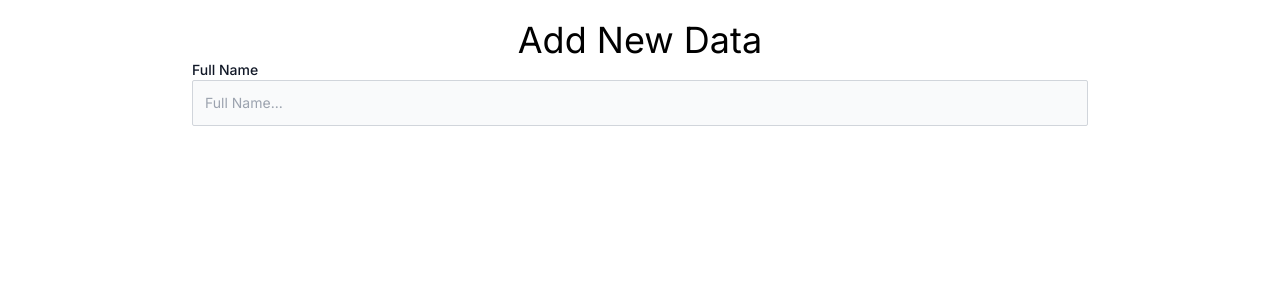
Repository: KilluaProject/crud-nextjs14
Page: /contacts/create
These files come from the project's save history. The page is drawn as it stood at one moment and after the next save; the edit follows.
The browser window is 1280 px wide. The pictures show the whole page.
The project was rebuilt for these pictures with package versions that can differ from the ones it lists, and the page was loaded fresh each time. The framework's server and built-in components were replaced by stand-ins that run in the browser. Also part of the build but not shown: next.config.mjs.

Above is the page before, as saved 2024-06-30 14:07:51.

### app/layout.tsx
import type { Metadata } from "next";
import { Inter } from "next/font/google";
import "./globals.css";

const inter = Inter({ subsets: ["latin"] });

export const metadata: Metadata = {
  title: "CRUD Apps",
  description: "Generated by create next app",
};

export default function RootLayout({
  children,
}: Readonly<{
  children: React.ReactNode;
}>) {
  return (
    <html lang="en">
      <body className={inter.className}>{children}</body>
    </html>
  );
}

### app/contacts/create/page.tsx
import CreateForm from '@/components/CreateForm'
import React from 'react'

const CreateContact = () => {
  return (
    <div className=' max-w-4xl mx-auto mt-5'>
      <h1 className='text-4xl text-center'>
        Add New Data
      </h1>
        <CreateForm/>
    </div>
  )
}

export default CreateContact

### components/CreateForm.tsx
import React from 'react'

const CreateForm = () => {
  return (
    <div>
      <form action="">
        <div>
          <label htmlFor="name" className='block text-sm font-medium text-gray-900'>Full Name</label>
          <input type="text" name='name' id='name' placeholder='Full Name...' className='bg-gray-50 border border-gray-300 text-gray-900 text-sm rounded-sm focus:ring-blue-500 focus:border-blue-500 block w-full p-3' />
        </div>
      </form>
    </div>
  )
}

export default CreateForm

Loaded but not shown: app/globals.css (common file); tailwind.config.ts (common file)

After the next save:
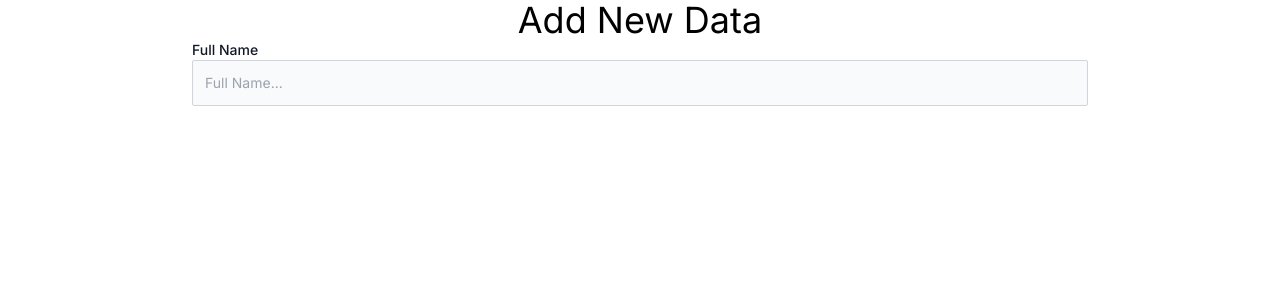
Saved 29 s later.
--- a/app/contacts/create/page.tsx
+++ b/app/contacts/create/page.tsx
@@ -3,7 +3,7 @@
 
 const CreateContact = () => {
   return (
-    <div className=' max-w-4xl mx-auto mt-5'>
+    <div className=' max-w-4xl mx-auto mb-5'>
       <h1 className='text-4xl text-center'>
         Add New Data
       </h1>

After the save that followed:
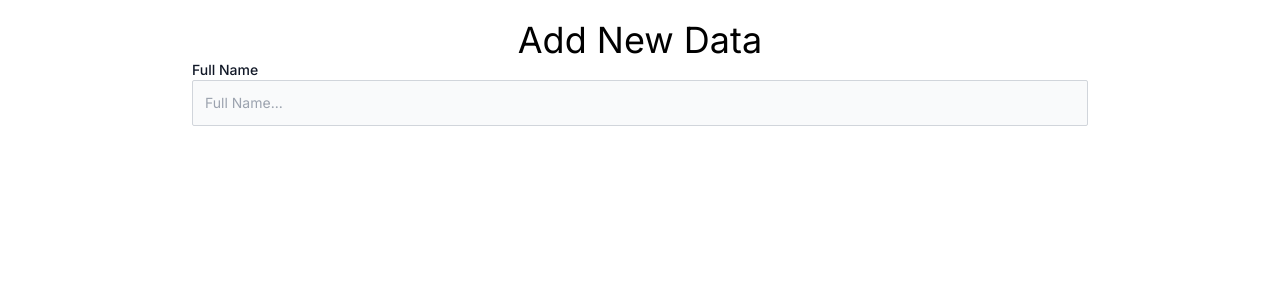
Saved 9 s later.
--- a/app/contacts/create/page.tsx
+++ b/app/contacts/create/page.tsx
@@ -3,7 +3,7 @@
 
 const CreateContact = () => {
   return (
-    <div className=' max-w-4xl mx-auto mb-5'>
+    <div className=' max-w-4xl mx-auto my-5'>
       <h1 className='text-4xl text-center'>
         Add New Data
       </h1>
